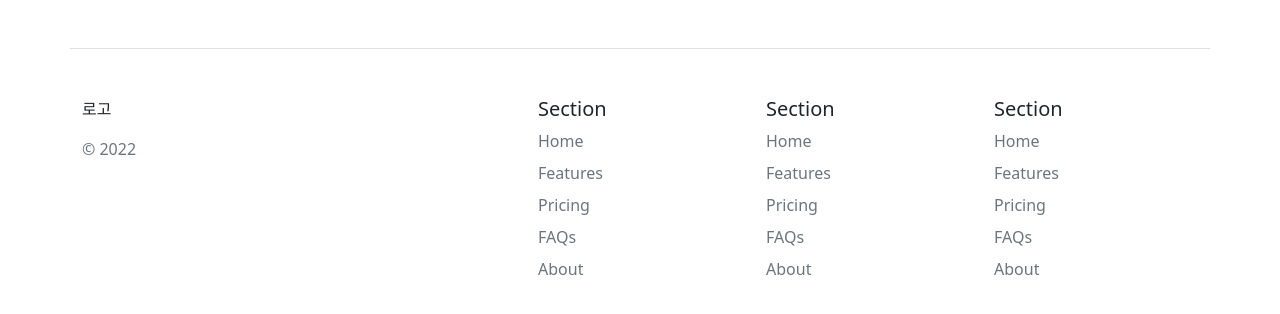
Repository: raoniee/Elice-House-Project
Page: FE/src/components/footer/footer.html
These files come from the project's save history. The page is drawn as it stood at one moment and after the next save; the edit follows.
The browser window is 1280 px wide. The pictures show the whole page.

Above is the page before, as saved 2023-07-04 16:46:45.

After the next save:
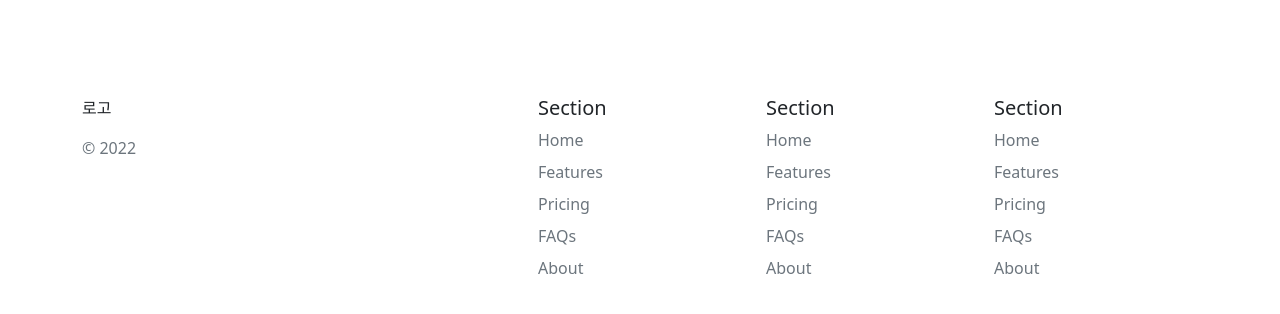
Saved 42 s later.
--- a/FE/src/components/footer/footer.html
+++ b/FE/src/components/footer/footer.html
@@ -14,9 +14,7 @@
   </head>
   <body>
     <div class="container">
-      <footer
-        class="row row-cols-1 row-cols-sm-2 row-cols-md-5 py-5 my-5 border-top"
-      >
+      <footer class="row row-cols-1 row-cols-sm-2 row-cols-md-5 py-5 my-5">
         <div class="col mb-3">
           <a
             href="/"
